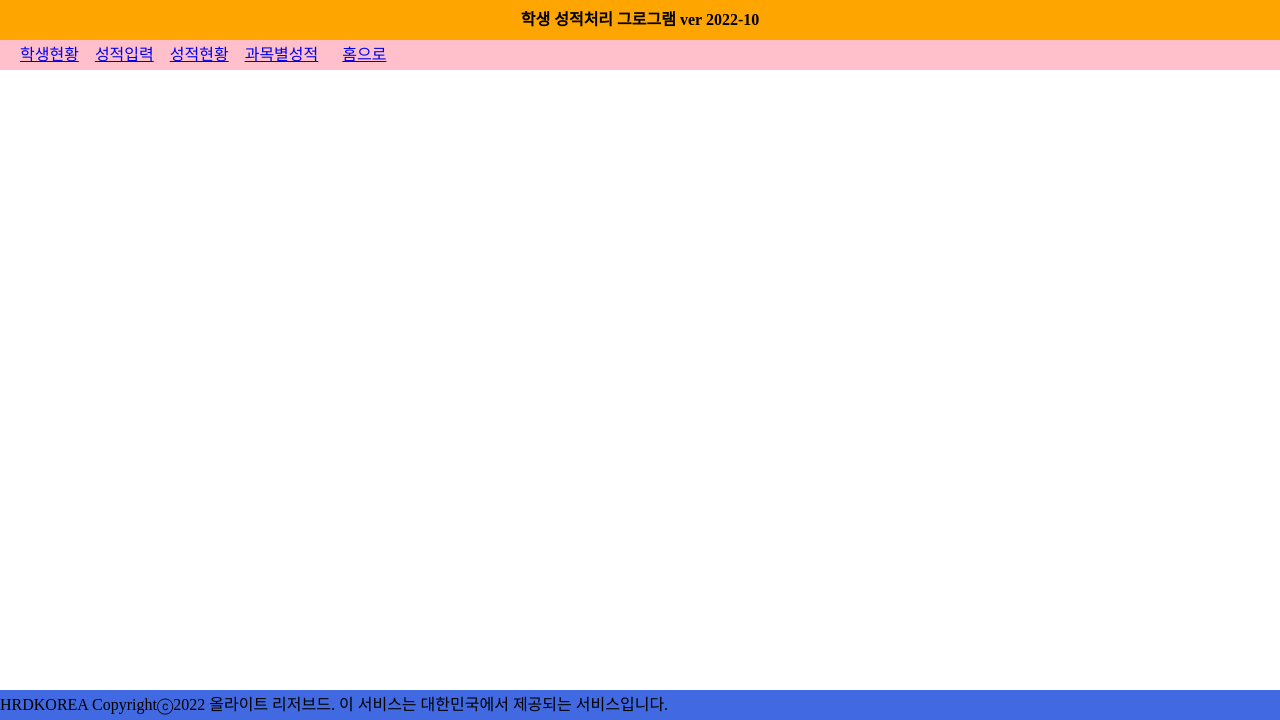
Repository: GotChun/license_practice
Page: http://localhost/HRD_0525/
The author's editor kept a copy of each file at every save. The page is drawn from the files as they stood at one save, then again after the next save.
The browser window is 1280 px wide. The pictures show the whole page.
The page is served by Tomcat 9.

Above is the page before, as saved 2025-02-22 07:36:03.

### HRD_0525/src/main/webapp/index.jsp
<%@ page language="java" contentType="text/html; charset=UTF-8"
	pageEncoding="UTF-8"%>
<!DOCTYPE html>
<html>
<head>
<meta charset="UTF-8">
<title>index</title>
</head>
<body>

<jsp:include page="header.jsp"></jsp:include>

<section style="position:fixed; top:70px; left:0px; width:100%; height:100%;">

</section>

<jsp:include page="footer.jsp"></jsp:include>

</body>
</html>

### HRD_0525/src/main/webapp/header.jsp
<%@ page language="java" contentType="text/html; charset=UTF-8"
    pageEncoding="UTF-8"%>
<!DOCTYPE html>
<html>
<head>
<meta charset="UTF-8">
<title>header</title>
</head>
<body>
	<header
		style="position: fixed; top: 0; left:0px; width: 100%; height: 40px; line-height: 40px; background-color: orange; text-align: center">
		<b>학생 성적처리 그로그램 ver 2022-10</b>
	</header>

	<nav style="position:fixed; top:40px; left:0px; width:100%; height:30px; line-height:30px; background-color: pink; padding-left:20px; ">
		<a href="slist.jsp">학생현황</a> &nbsp;&nbsp;
		<a href="insert.jsp">성적입력</a> &nbsp;&nbsp;
		<a href="jumlist.jsp">성적현황</a> &nbsp;&nbsp;
		<a href="search.jsp">과목별성적</a> &nbsp;&nbsp;&nbsp;&nbsp;
		<a href="index.jsp">홈으로</a>
	</nav>
</body>
</html>

### HRD_0525/src/main/webapp/footer.jsp
<%@ page language="java" contentType="text/html; charset=UTF-8"
    pageEncoding="UTF-8"%>
<!DOCTYPE html>
<html>
<head>
<meta charset="UTF-8">
<title>footer</title>
</head>
<body>
<footer style="position:fixed; bottom:0;left:0; width:100%; height:30px; line-height:30px; background-color: royalblue;">
HRDKOREA Copyrightⓒ2022 올라이트 리저브드. 이 서비스는 대한민국에서 제공되는 서비스입니다.
</footer>
</body>
</html>

After the next save:
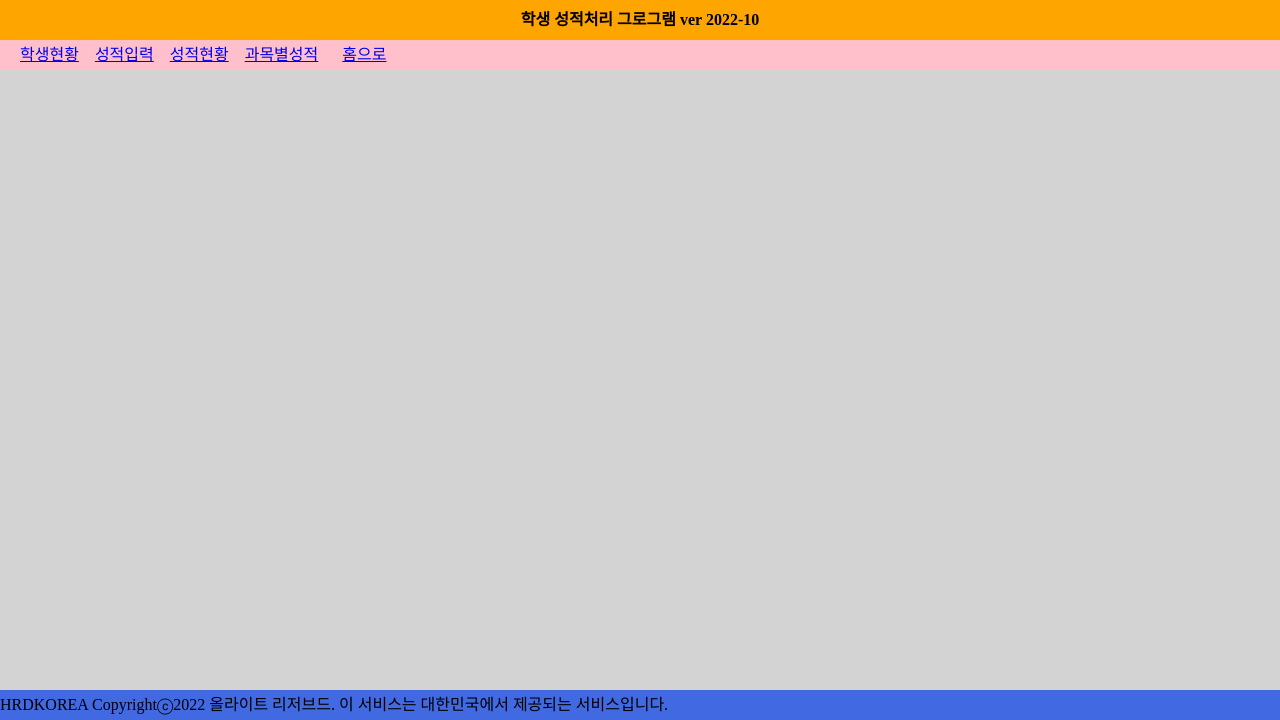
Saved 10 s later.
--- a/HRD_0525/src/main/webapp/index.jsp
+++ b/HRD_0525/src/main/webapp/index.jsp
@@ -10,7 +10,7 @@
 
 <jsp:include page="header.jsp"></jsp:include>
 
-<section style="position:fixed; top:70px; left:0px; width:100%; height:100%;">
+<section style="position:fixed; top:70px; left:0px; width:100%; height:100%; background-color:lightgray;">
 
 </section>
 
